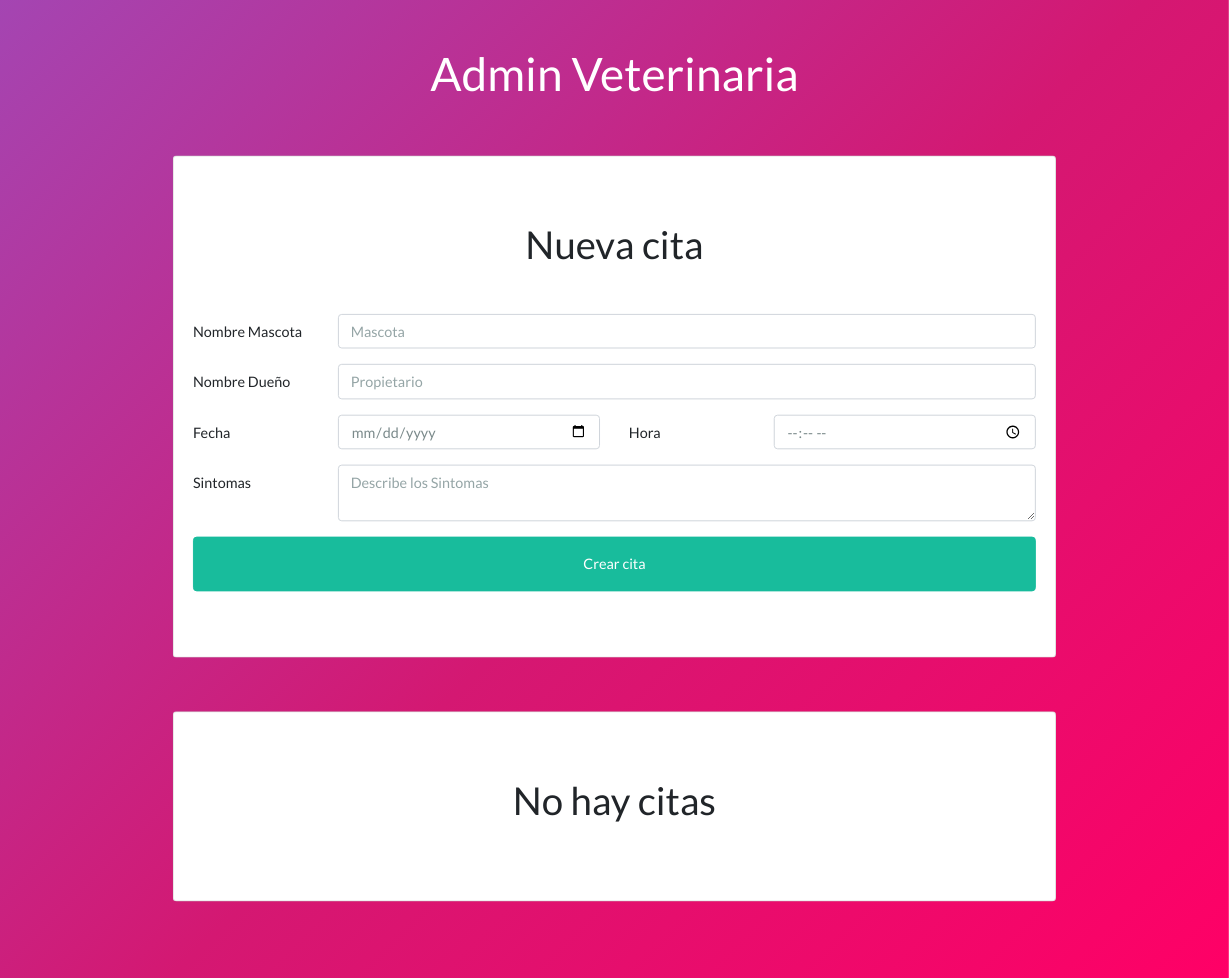
Repository: ppfeliuu/Veterinaria
Page: /
An editor plug-in stored every save of this project. The page is shown before and after the next save, followed by the edit.
The browser window is 1280 px wide. The pictures show the whole page, at 96% of full size.
The project was rebuilt for these pictures with package versions that can differ from the ones it lists, and the page was loaded fresh each time. Also part of the build but not shown: src/components/Cita.js.

Above is the page before, as saved 2019-06-18 13:42:14.

After the next save:
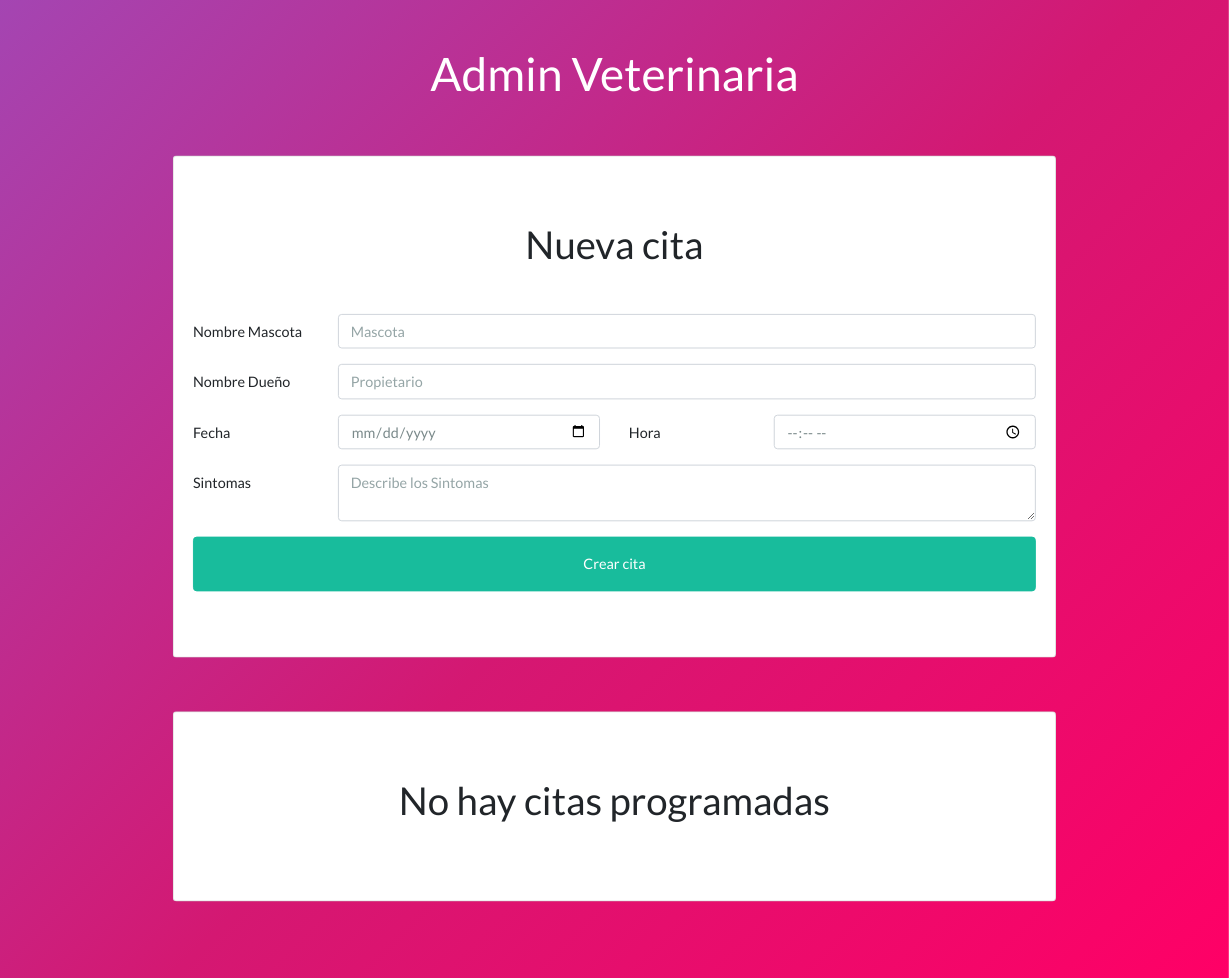
Saved 44 s later.
--- a/src/components/ListaCitas.js
+++ b/src/components/ListaCitas.js
@@ -4,7 +4,7 @@ import PropTypes from 'prop-types';
 
 const ListaCitas = ({citas, eliminarCita}) => {
 
-    const mensaje = Object.keys(citas).length === 0 ? 'No hay citas' : 'Crea nuevas citas aquí';
+    const mensaje = Object.keys(citas).length === 0 ? 'No hay citas programadas' : 'Listado de citas';
 
 
     return (
